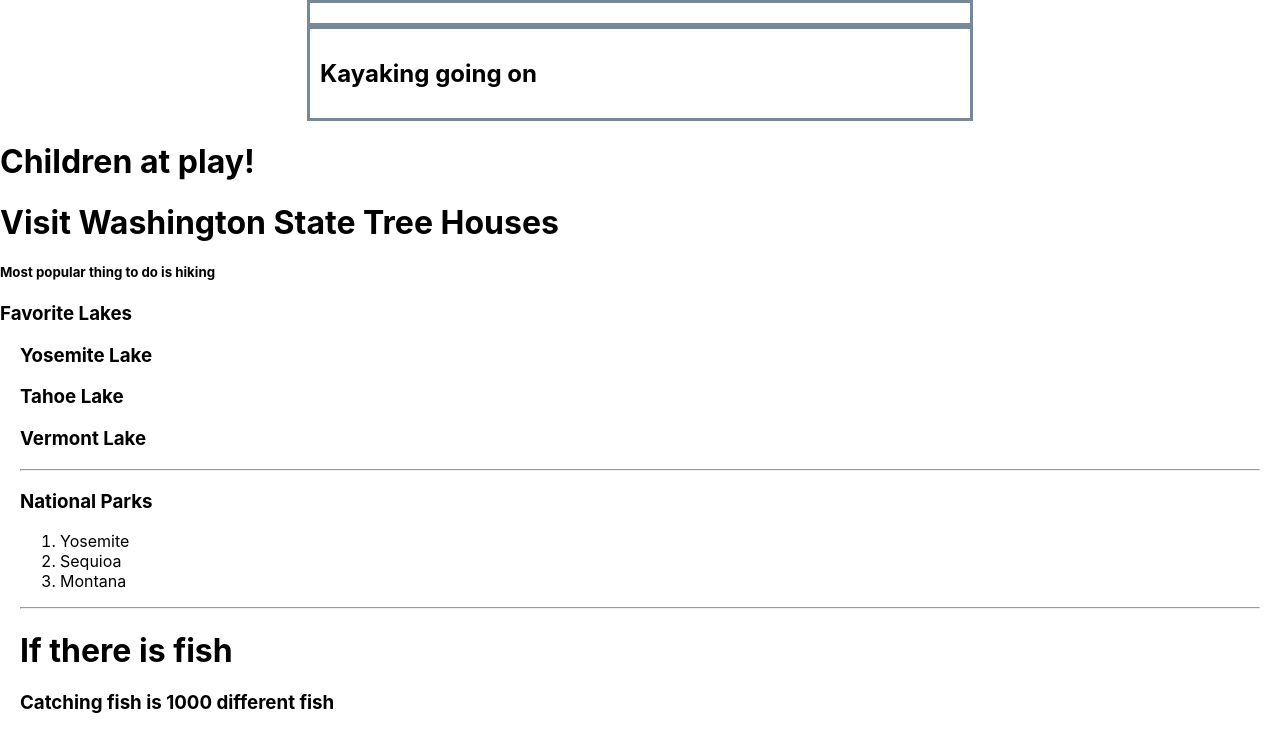
Repository: CaptainStorm21/intro-react-hooks
Page: /
The author's editor kept a copy of each file at every save. The page is drawn from the files as they stood at one save, then again after the next save.
The browser window is 1280 px wide. The pictures show the whole page.
The project was rebuilt for these pictures with package versions that can differ from the ones it lists, and the page was loaded fresh each time. Also part of the build but not shown: src/App.css.

Above is the page before, as saved 2020-05-27 00:10:50.

After the next save:
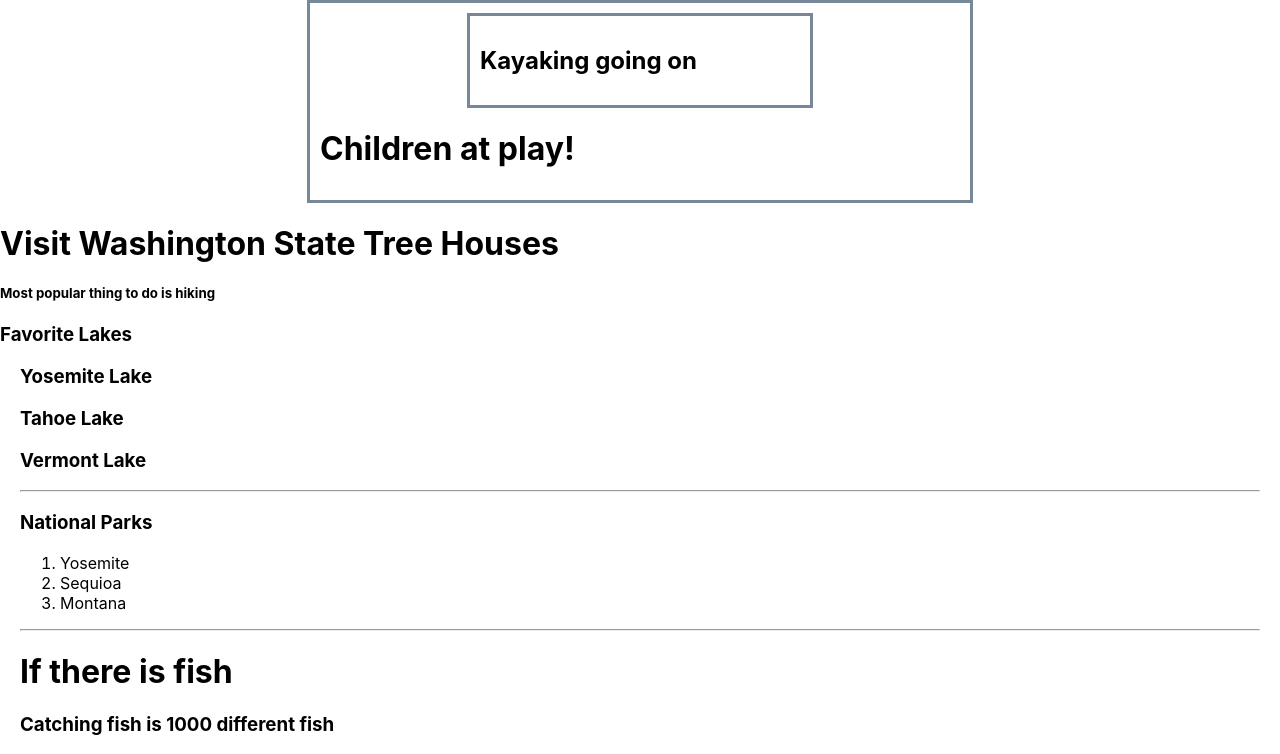
Saved 8 s later.
--- a/src/Fragment.js
+++ b/src/Fragment.js
@@ -18,9 +18,9 @@ function Kayak() {
 function Fragment() {
   return (
       <>
-          <div className = "div-style"></div>
+          <div className = "div-style">
       <Kayak />
-      <Kids />
+      <Kids /></div>
     </>
   );
 }
